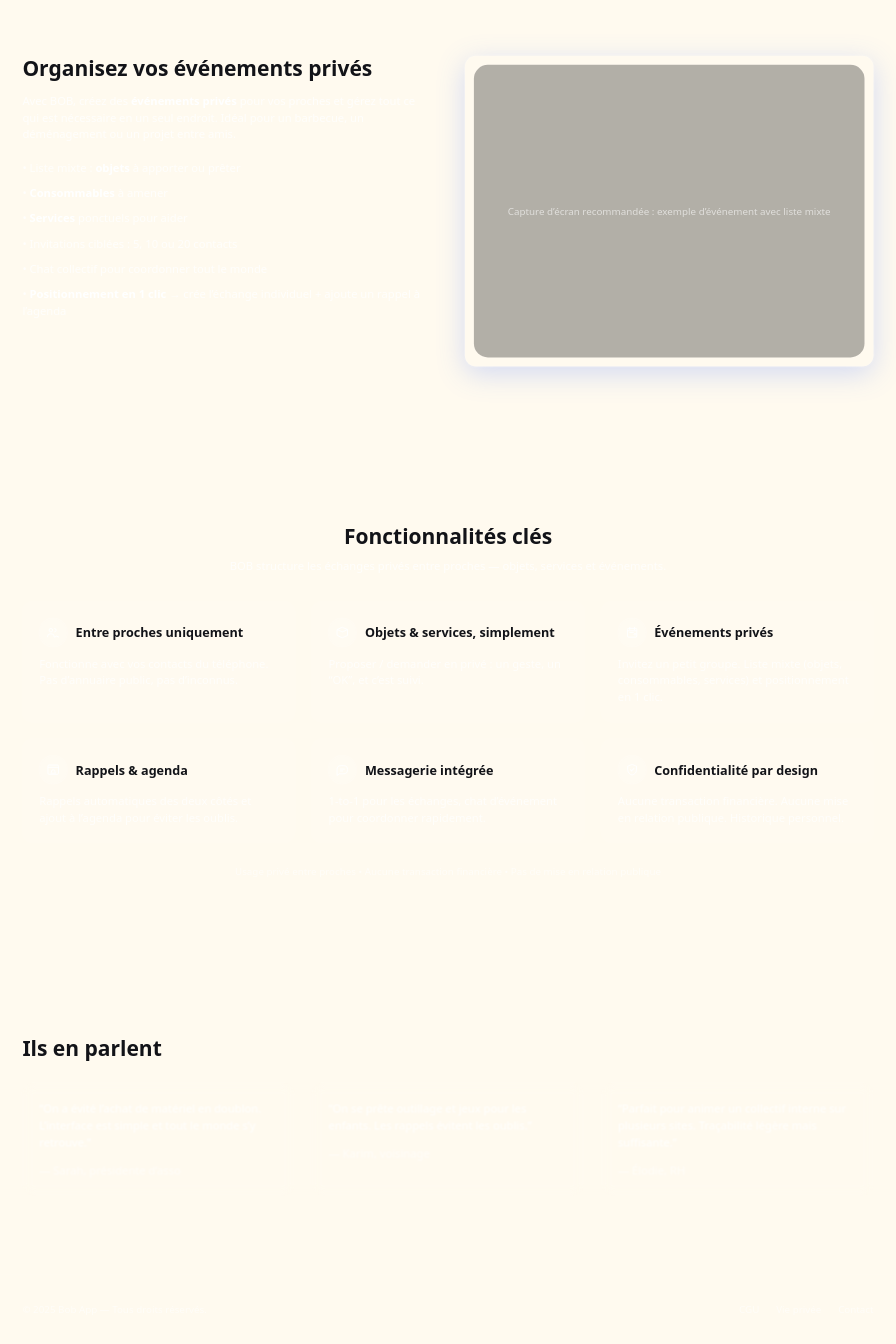
Repository: JeanCharlesMEILLAND/new-bob
Page: /
The author's editor kept a copy of each file at every save. The page is drawn from the files as they stood at one save, then again after the next save.
The browser window is 1280 px wide. The pictures show the part of the page from y = 2012 to 3932 px (the page is 3932 px tall), at 70% of full size.
The page's requests for data from a server got no answer. The project was rebuilt for these pictures with package versions that can differ from the ones it lists, and the page was loaded fresh each time. The framework's server and built-in components were replaced by stand-ins that run in the browser. No one was signed in, and anything a server would have sent is missing. Also part of the build but not shown: next.config.ts.

Above is the page before, as saved 2025-08-12 16:44:44.

### src/app/layout.tsx
import type { Metadata } from 'next'
import './globals.css'
import { inter, jakarta } from './fonts'
import Navbar from '@/components/Navbar'
import Footer from '@/components/Footer'
import Analytics from '@/components/Analytics'

const name = process.env.NEXT_PUBLIC_SITE_NAME || 'BOB'
const baseUrl = process.env.NEXT_PUBLIC_SITE_URL || 'https://new-bob.vercel.app'

export const metadata: Metadata = {
  metadataBase: new URL(baseUrl),
  title: `${name} — Échanges privés entre proches`,
  description:
    `${name} vous aide à prêter, emprunter et organiser des événements en privé avec vos contacts. ` +
    `Aucune transaction financière. Aucune mise en relation publique.`,
  alternates: { canonical: '/' },
  openGraph: {
    title: `${name} — Échanges privés entre proches`,
    description:
      `Gérez vos prêts d’objets, coups de main et événements avec vos proches — simplement et en toute confidentialité. ` +
      `Pas de paiements, pas d’annuaire public.`,
    url: baseUrl,
    siteName: name,
    images: [
      // Généré par app/opengraph-image.tsx (ci-dessous) + fallback static
      { url: '/api/og', width: 1200, height: 630, alt: `${name} — Aperçu` },
      { url: '/og.png', width: 1200, height: 630, alt: `${name} — Aperçu (fallback)` },
    ],
    locale: 'fr_FR',
    type: 'website',
  },
  twitter: {
    card: 'summary_large_image',
    title: `${name} — Échanges privés entre proches`,
    description: `Prêts d’objets & services entre contacts. Aucune transaction financière.`,
    images: ['/api/og', '/og.png'],
    site: '@', // ton handle si tu en as un
    creator: '@', // idem
  },
  robots: { index: true, follow: true },
}

export default function RootLayout({ children }: { children: React.ReactNode }) {
  return (
    <html lang="fr" className={`${inter.variable} ${jakarta.variable}`}>
      <body className="min-h-screen bg-[--bg] text-[--fg] antialiased">
        <Navbar />
        <main>{children}</main>
        <Footer />
        <Analytics />
      </body>
    </html>
  )
}

### src/app/page.tsx
import Hero from '@/components/sections/Hero'
import Features from '@/components/sections/Features'
import HowItWorks from '@/components/sections/HowItWorks'
import Testimonials from '@/components/sections/Testimonials'
import Events from '@/components/sections/Events'

export default function Page() {
  return (
    <>
      <Hero />
      <HowItWorks />
      <Events />
      <Features />
      <Testimonials />
    </>
  )
}

### src/app/globals.css
@import "tailwindcss";

:root {
  --bg: #FFFAEF;
  --fg: #121318;
}

html, body {
  scroll-behavior: smooth;
  background: var(--bg);
  color: var(--fg);
}

/* === Tokens Tailwind v4 pour tes classes custom === */
@theme {
  /* Colors */
  --color-ink: #0f172a;
  --color-brand-50:  #f3f7ff;
  --color-brand-100: #e8efff;
  --color-brand-200: #cfe0ff;
  --color-brand-300: #a6c2ff;
  --color-brand-400: #7ba1ff;
  --color-brand-500: #4b7bff;
  --color-brand-600: #2f5df3;
  --color-brand-700: #2549c6;
  --color-brand-800: #1f3ca0;
  --color-brand-900: #0F55C5;

  /* Radius */
  --radius-xl2: 1.25rem; /* => rounded-xl2 */

  /* Shadows */
  --shadow-glow: 0 0 0 2px rgba(255,255,255,0.08),
                 0 10px 40px rgba(75,123,255,0.25); /* => shadow-glow */
}
.container-gutter {
  @apply mx-auto max-w-7xl px-6 md:px-8;
}

.section {
  @apply py-20 md:py-28;
}

.card {
  @apply rounded-2xl bg-white/5 ring-1 ring-white/10 backdrop-blur;
}

.gradient-text {
  background: linear-gradient(90deg, #0F55C5 0%, #22c55e 100%);
  -webkit-background-clip: text;
  -webkit-text-fill-color: transparent;
  background-clip: text;
  color: transparent;
}

.bg-grid {
  background-image: linear-gradient(to right, rgba(255,255,255,0.06) 1px, transparent 1px),
    linear-gradient(to bottom, rgba(255,255,255,0.06) 1px, transparent 1px);
  background-size: 24px 24px;
}

*:focus-visible {
  outline: 2px solid rgba(75,123,255,0.9);
  outline-offset: 2px;
}

### src/app/fonts.ts
import { Inter, Plus_Jakarta_Sans } from 'next/font/google'

export const inter = Inter({
  subsets: ['latin'],
  variable: '--font-inter',
  display: 'swap',
})

export const jakarta = Plus_Jakarta_Sans({
  subsets: ['latin'],
  variable: '--font-jakarta',
  display: 'swap',
})

### src/components/Navbar.tsx
'use client'

import { useState, useEffect } from 'react'
import Link from 'next/link'
import Image from 'next/image'
import Container from './ui/Container'
import { clsx } from 'clsx'

export default function Navbar() {
  const [scrolled, setScrolled] = useState(false)
  const [open, setOpen] = useState(false)
  const MENU_ID = 'mobile-nav'

  useEffect(() => {
    const onScroll = () => setScrolled(window.scrollY > 12)
    onScroll()
    window.addEventListener('scroll', onScroll)
    return () => window.removeEventListener('scroll', onScroll)
  }, [])

  // Ferme au resize et gère le scroll lock quand le menu est ouvert
  useEffect(() => {
    const close = () => setOpen(false)
    window.addEventListener('resize', close)
    return () => window.removeEventListener('resize', close)
  }, [])

  useEffect(() => {
    if (open) {
      const prev = document.body.style.overflow
      document.body.style.overflow = 'hidden'
      return () => {
        document.body.style.overflow = prev
      }
    }
  }, [open])

  return (
    <header
      className={clsx(
        'fixed inset-x-0 top-0 z-50 transition-all',
        scrolled ? 'bg-black/50 backdrop-blur ' : 'bg-transparent'
      )}
    >
      <Container className={clsx('flex items-center justify-between', scrolled ? 'py-3' : 'py-4')}>
        {/* Logo + texte */}
        <Link href="/" aria-label="Accueil" className="flex items-center gap-3">
          <Image
            src="/bob1.png"
            alt="Logo BOB"
            width={62}
            height={62}
            className=""
            priority
          />
        <div className="flex flex-col leading-tight">
            <span className="text-lg font-bold text-black tracking-wide">Borrow and Back</span>
          </div>
        </Link>

        {/* Nav desktop */}
        <nav aria-label="Navigation principale" className="hidden md:flex items-center gap-7 text-sm text-black/80">
          <a href="#features" className="hover:text-black">Fonctionnalités</a>
          <a href="#how" className="hover:text-black">Comment ça marche</a>
          <a href="#events" className="hover:text-black">Événements</a>
          <a href="#privacy" className="hover:text-black">Confidentialité</a>
        </nav>

        {/* Bouton menu mobile */}
        <button
          type="button"
          className="md:hidden inline-flex items-center justify-center rounded-xl2 px-3 py-2 ring-1 ring-black/10 bg-black/5 text-black/90"
          aria-label={open ? 'Fermer le menu' : 'Ouvrir le menu'}
          aria-controls={MENU_ID}
          aria-expanded={open}
          onClick={() => setOpen(v => !v)}
        >
          <span className="sr-only">Menu</span>
          <div className="space-y-1.5">
            <span className="block h-0.5 w-5 bg-black/90" />
            <span className="block h-0.5 w-5 bg-black/90" />
            <span className="block h-0.5 w-5 bg-black/90" />
          </div>
        </button>
      </Container>

      {/* Overlay + panneau mobile */}
      {/* Overlay sombre flouté pour lisibilité, sous la barre (z-40) */}
      <div
        className={clsx(
          'md:hidden fixed inset-0 z-40 transition-opacity',
          open ? 'opacity-100 pointer-events-auto' : 'opacity-0 pointer-events-none'
        )}
        onClick={() => setOpen(false)}
        aria-hidden={!open}
      >
        <div className="absolute inset-0 bg-white/70 backdrop-blur-sm" />
      </div>

      {/* Panneau du menu (sous la navbar), fond opaque pour lecture */}
      <div
        id={MENU_ID}
        className={clsx(
          'md:hidden fixed inset-x-0 top-0 z-50 pt-20', // pt-20 pour laisser la navbar visible
          open ? 'pointer-events-auto' : 'pointer-events-none'
        )}
      >
        <div
          className={clsx(
            'mx-4 rounded-2xl bg-neutral-900/95 ring-1 ring-white/10 shadow-lg transition-[max-height] duration-300 ease-out overflow-hidden',
            open ? 'max-h-96' : 'max-h-0'
          )}
        >
          <nav aria-label="Navigation mobile" className="flex flex-col gap-1 p-2 text-sm text-black/90">
            <a href="#features" onClick={() => setOpen(false)} className="rounded-lg px-3 py-3 hover:bg-black/5">
              Fonctionnalités
            </a>
            <a href="#how" onClick={() => setOpen(false)} className="rounded-lg px-3 py-3 hover:bg-black/5">
              Comment ça marche
            </a>
            <a href="#events" onClick={() => setOpen(false)} className="rounded-lg px-3 py-3 hover:bg-black/5">
              Événements
            </a>
            <a href="#privacy" onClick={() => setOpen(false)} className="rounded-lg px-3 py-3 hover:bg-black/5">
              Confidentialité
            </a>
          </nav>
        </div>
      </div>
    </header>
  )
}

### src/components/Footer.tsx
import Container from './ui/Container'

export default function Footer() {
  return (
    <footer className="border-t border-white/10 py-10 text-sm">
      <Container className="flex flex-col md:flex-row items-center justify-between gap-6 text-white/60">
        <p>© {new Date().getFullYear()} Bob App — Tous droits réservés.</p>
        <div className="flex items-center gap-6">
          <a href="/legal/terms" className="hover:text-white/90">CGU</a>
          <a href="/legal/privacy" className="hover:text-white/90">Vie privée</a>
          <a href="mailto:hello@bobapp.fr" className="hover:text-white/90">Contact</a>
        </div>
      </Container>
    </footer>
  )
}

### src/components/Analytics.tsx
'use client'

import Script from 'next/script'

export default function Analytics() {
  const gaId = process.env.NEXT_PUBLIC_GA_ID
  if (!gaId) return null

  return (
    <>
      <Script
        src={`https://www.googletagmanager.com/gtag/js?id=${gaId}`}
        strategy="afterInteractive"
      />
      <Script id="ga" strategy="afterInteractive">
        {`
        window.dataLayer = window.dataLayer || [];
        function gtag(){dataLayer.push(arguments);}
        gtag('js', new Date());
        gtag('config', '${gaId}');
        `}
      </Script>
    </>
  )
}

### src/components/sections/Hero.tsx
// components/sections/Hero.tsx
import Image from 'next/image'
import Container from '@/components/ui/Container'

export default function Hero() {
  return (
    <section className="relative pt-28 pb-4"> {/* ↓ avant pt-48, donc badge + haut */}
      {/* Fonds décoratifs */}
      <div className="absolute inset-0 -z-10 bg-hero-radial bg-no-repeat opacity-70" />
      <div className="absolute inset-0 -z-20 bg-grid opacity-[0.25] [mask-image:radial-gradient(circle at center,black,transparent_70%)]" />

      <Container className="text-center  space-y-10">
        {/* Badge conformité */}
        <div className="-mt-6 inline-flex items-center gap-2 rounded-full border border-black/10 bg-black/5 px-4 py-2 text-sm text-black/80">
          Usage privé entre proches • Aucune transaction financière • Pas de mise en relation publique
        </div>

        {/* Titre principal */}
        <h1 className="mt-22 text-5xl font-extrabold tracking-tight sm:text-6xl leading-tight">
          <span className="bg-gradient-to-tr from-[#0F55C5] to-[#468BFF] bg-clip-text text-transparent">Bober</span>, c’est partager, aider, organiser…
        </h1>

        {/* Sous-titre */}
        <p className="mx-auto max-w-3xl text-lg text-black/80 leading-relaxed">
          Gérez vos échanges d’<strong className="text-black">objets</strong>, de{' '}
          <strong className="text-black">services</strong> et vos{' '}
          <strong className="text-black">événements</strong>  — en toute simplicité et confidentialité,
          uniquement avec vos contacts.
        </p>

        {/* Badges stores */}
        <div id="download" className="flex flex-wrap items-center justify-center gap-5 pt-4">
          <a
            href="https://apps.apple.com/app/idXXXXXXXXX"
            aria-label="Télécharger BOB sur l’App Store"
            className="inline-flex"
            target="_blank" rel="noopener noreferrer"
          >
            <Image src="/app-badges/appstore.svg" alt="Disponible sur l’App Store" width={180} height={54} priority />
          </a>
          <a
            href="https://play.google.com/store/apps/details?id=com.bobapp"
            aria-label="Télécharger BOB sur Google Play"
            className="inline-flex"
            target="_blank" rel="noopener noreferrer"
          >
            <Image src="/app-badges/playstore.svg" alt="Disponible sur Google Play" width={190} height={54} priority />
          </a>
        </div>

        {/* Légende rapprochée */}
        <p className="text-base text-black/60 -mt-2">Disponible sur iOS et Android</p>


         {/* Visuel placeholder */}
          <div className='flex justify-center mt-10'>

              <Image src="/central.png" alt="Aperçu de l’événement" width={600} height={400} className="" />

          </div>


      </Container>
    </section>
  )
}

### src/components/sections/Features.tsx
// components/sections/Features.tsx
import Container from '@/components/ui/Container'

/** Icônes minimalistes (stroke = currentColor) */
const IconShield = () => (
  <svg width="20" height="20" viewBox="0 0 24 24" fill="none" aria-hidden>
    <path d="M12 3 4.5 6v6.5c0 4.2 3.3 7.6 7.5 8.5 4.2-.9 7.5-4.3 7.5-8.5V6L12 3Z" stroke="currentColor" strokeWidth="1.6" />
    <path d="M9 12l2 2 4-4" stroke="currentColor" strokeWidth="1.8" strokeLinecap="round" strokeLinejoin="round"/>
  </svg>
)
const IconPeople = () => (
  <svg width="20" height="20" viewBox="0 0 24 24" fill="none" aria-hidden>
    <circle cx="8" cy="8" r="3" stroke="currentColor" strokeWidth="1.6" />
    <path d="M14 11a3 3 0 1 0 0-6" stroke="currentColor" strokeWidth="1.6" />
    <path d="M2 20a6 6 0 0 1 12 0" stroke="currentColor" strokeWidth="1.6" />
    <path d="M14 20a6 6 0 0 1 8 0" stroke="currentColor" strokeWidth="1.6" />
  </svg>
)
const IconBoxTool = () => (
  <svg width="20" height="20" viewBox="0 0 24 24" fill="none" aria-hidden>
    <path d="M3 7l9 4 9-4M3 7l9-4 9 4M3 7v10l9 4 9-4V7" stroke="currentColor" strokeWidth="1.6" strokeLinejoin="round"/>
  </svg>
)
const IconCalendarBell = () => (
  <svg width="20" height="20" viewBox="0 0 24 24" fill="none" aria-hidden>
    <rect x="3" y="4" width="18" height="16" rx="2" stroke="currentColor" strokeWidth="1.6"/>
    <path d="M3 8h18" stroke="currentColor" strokeWidth="1.6"/>
    <path d="M9 15a3 3 0 0 1 6 0v1l1 2H8l1-2v-1" stroke="currentColor" strokeWidth="1.6" strokeLinecap="round"/>
  </svg>
)
const IconChat = () => (
  <svg width="20" height="20" viewBox="0 0 24 24" fill="none" aria-hidden>
    <path d="M21 12a7 7 0 0 1-7 7H7l-4 3V12a7 7 0 0 1 7-7h4a7 7 0 0 1 7 7Z" stroke="currentColor" strokeWidth="1.6" strokeLinejoin="round"/>
    <path d="M8.5 11h7M8.5 14h4" stroke="currentColor" strokeWidth="1.6" strokeLinecap="round"/>
  </svg>
)
const IconListEvent = () => (
  <svg width="20" height="20" viewBox="0 0 24 24" fill="none" aria-hidden>
    <rect x="4" y="5" width="16" height="15" rx="2" stroke="currentColor" strokeWidth="1.6"/>
    <path d="M4 9h16M8 3v4M16 3v4" stroke="currentColor" strokeWidth="1.6" strokeLinecap="round"/>
    <path d="M8 12h6" stroke="currentColor" strokeWidth="1.6" strokeLinecap="round"/>
    <circle cx="17" cy="15" r="1.5" stroke="currentColor" strokeWidth="1.6"/>
  </svg>
)

const FEATURES = [
  {
    title: 'Entre proches uniquement',
    desc: 'Fonctionne avec vos contacts du téléphone. Pas d’annuaire public, pas d’inconnus.',
    icon: <IconPeople />,
  },
  {
    title: 'Objets & services, simplement',
    desc: 'Proposer / demander en privé : un geste, un “OK”, et c’est suivi.',
    icon: <IconBoxTool />,
  },
  {
    title: 'Événements privés',
    desc: 'Invitez un petit groupe. Liste mixte (objets, consommables, services) et positionnement en 1 clic.',
    icon: <IconListEvent />,
  },
  {
    title: 'Rappels & agenda',
    desc: 'Rappels automatiques des deux côtés et ajout à l’agenda pour éviter les oublis.',
    icon: <IconCalendarBell />,
  },
  {
    title: 'Messagerie intégrée',
    desc: '1-to-1 pour les échanges, chat d’événement pour coordonner rapidement.',
    icon: <IconChat />,
  },
  {
    title: 'Confidentialité par design',
    desc: 'Aucune transaction financière. Aucune mise en relation publique. Historique personnel.',
    icon: <IconShield />,
  },
]

export default function Features() {
  return (
    <section id="features" className="section pb-12 md:pb-16">
      <Container>
        {/* En-tête */}
        <div className="text-center max-w-3xl mx-auto">
          <h2 className="text-3xl font-bold">Fonctionnalités clés</h2>
          <p className="mt-3 text-white/80">
            BOB structure les échanges privés entre proches — objets, services et événements.
          </p>
        </div>

        {/* Cartes */}
        <div className="mt-10 grid gap-6 sm:grid-cols-2 lg:grid-cols-3">
          {FEATURES.map((f) => (
            <article key={f.title} className="rounded-2xl bg-white/5 ring-1 ring-white/10 p-6 hover:shadow-glow transition-shadow">
              <div className="flex items-center gap-3">
                <div className="flex h-10 w-10 items-center justify-center rounded-full bg-white/10 ring-1 ring-white/20 text-white">
                  {f.icon}
                </div>
                <h3 className="text-lg font-semibold">{f.title}</h3>
              </div>
              <p className="mt-3 text-white/75">{f.desc}</p>
            </article>
          ))}
        </div>

        {/* Bandeau conformité (discret) */}
        <p className="mt-8 text-center text-sm text-white/60">
          Usage privé entre proches • Aucune transaction financière • Pas de mise en relation publique
        </p>
      </Container>
    </section>
  )
}

### src/components/sections/Testimonials.tsx
import Container from '../ui/Container'

const TESTIMONIALS = [
  {
    name: 'Sarah, présidente d’asso',
    text: 'On a évité l’achat de matériel en doublon. L’interface est simple et tout le monde s’y retrouve.',
  },
  {
    name: 'Karim, voisinage',
    text: 'On se prête outillage et jeux pour les enfants. Les rappels évitent les oublis.',
  },
  {
    name: 'Élodie, RH',
    text: 'Parfait pour animer un collectif interne sur plusieurs sites. Traçabilité légère mais suffisante.',
  },
]

export default function Testimonials() {
  return (
    <section id="testimonials" className="section pt-12 md:pt-16">
      <Container>
        <h2 className="text-3xl font-bold">Ils en parlent</h2>
        <div className="mt-8 grid gap-6 md:grid-cols-3">
          {TESTIMONIALS.map((t) => (
            <figure key={t.name} className="card p-6">
              <blockquote className="text-white/90">&ldquo;{t.text}&rdquo;</blockquote>
              <figcaption className="mt-4 text-white/60">— {t.name}</figcaption>
            </figure>
          ))}
        </div>
      </Container>
    </section>
  )
}

### src/components/sections/Events.tsx
// components/sections/Events.tsx
import Container from '@/components/ui/Container'
import Image from 'next/image'

export default function Events() {
  return (
    <section id="events" className="section">
      <Container>
        <div className="grid items-start gap-12 lg:grid-cols-2">
          {/* Texte explicatif */}
          <div>
            <h2 className="text-3xl font-bold">
              Organisez vos événements privés
            </h2>
            <p className="mt-4 text-white/80">
              Avec BOB, créez des <strong className="text-white">événements privés</strong> pour vos proches et gérez
              tout ce qui est nécessaire en un seul endroit. Idéal pour un barbecue, un déménagement ou un projet entre amis.
            </p>
            <ul className="mt-6 space-y-3 text-white/80">
              <li>• Liste mixte : <strong className="text-white">objets</strong> à apporter ou prêter</li>
              <li>• <strong className="text-white">Consommables</strong> à amener</li>
              <li>• <strong className="text-white">Services</strong> ponctuels pour aider</li>
              <li>• Invitations ciblées : 5, 10 ou 20 contacts</li>
              <li>• Chat collectif pour coordonner tout le monde</li>
              <li>• <strong className="text-white">Positionnement en 1 clic</strong> → crée l’échange individuel + ajoute un rappel à l’agenda</li>
            </ul>
          </div>

          {/* Visuel placeholder */}
          <div className="rounded-2xl border border-white/10 bg-white/5 p-3 shadow-glow">
            <div className="aspect-[4/3] w-full rounded-xl2 bg-black/30 ring-1 ring-white/10 flex items-center justify-center text-white/60">
              <span className="text-sm text-center px-4">
                Capture d’écran recommandée : exemple d’événement avec liste mixte
              </span>
            </div>
          </div>
        </div>
      </Container>
    </section>
  )
}

### src/components/ui/Container.tsx
import clsx from "clsx"

export default function Container({
  children,
  className
}: {
  children: React.ReactNode
  className?: string
}) {
  return <div className={clsx('container-gutter', className)}>{children}</div>
}

Loaded but not shown: src/components/sections/HowItWorks.tsx (126 lines, source omitted)

After the next save:
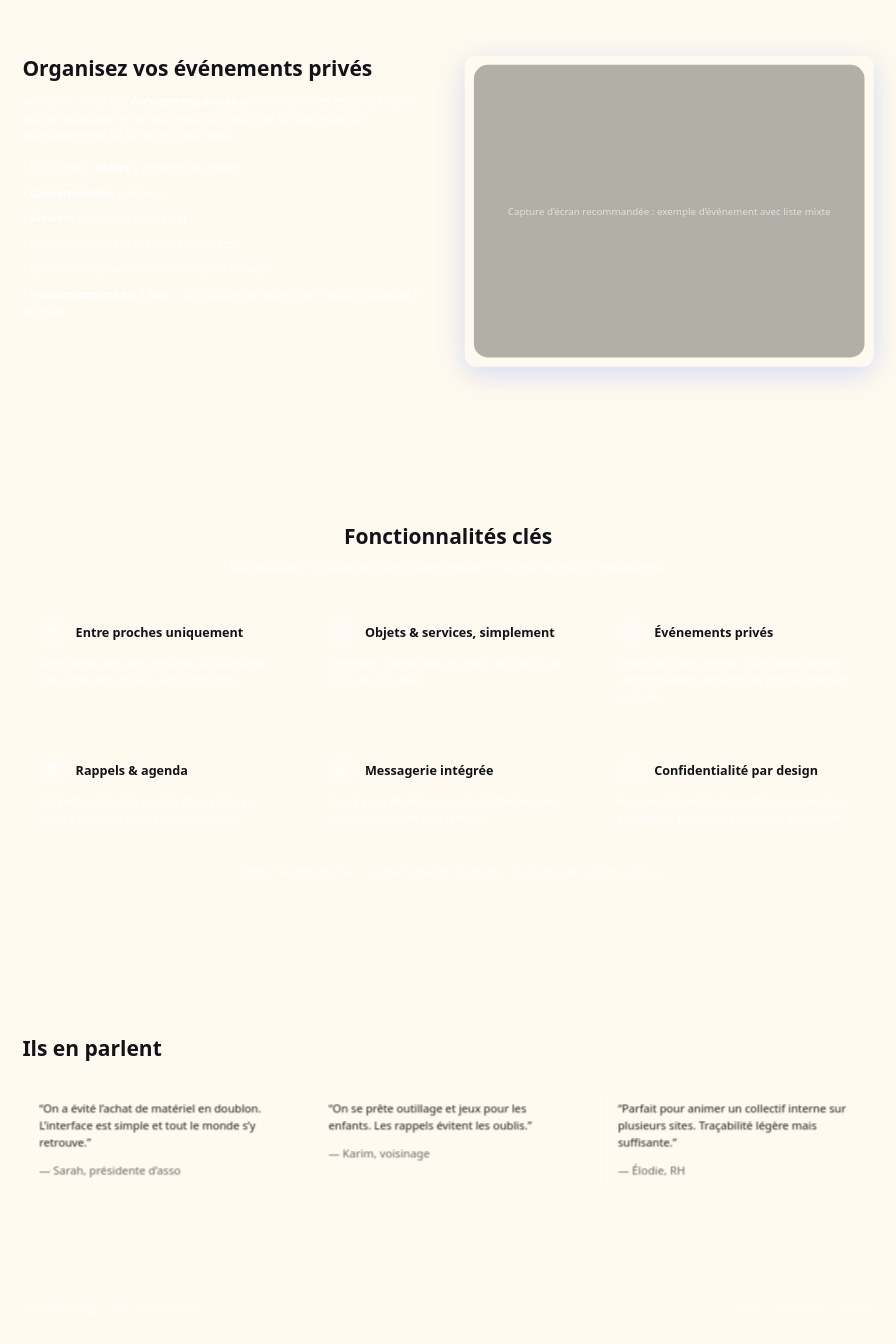
Saved 2 min 30 s later.
--- a/src/components/sections/Testimonials.tsx
+++ b/src/components/sections/Testimonials.tsx
@@ -23,8 +23,8 @@
         <div className="mt-8 grid gap-6 md:grid-cols-3">
           {TESTIMONIALS.map((t) => (
             <figure key={t.name} className="card p-6">
-              <blockquote className="text-white/90">&ldquo;{t.text}&rdquo;</blockquote>
-              <figcaption className="mt-4 text-white/60">— {t.name}</figcaption>
+              <blockquote className="text-black/90">&ldquo;{t.text}&rdquo;</blockquote>
+              <figcaption className="mt-4 text-black/60">— {t.name}</figcaption>
             </figure>
           ))}
         </div>
